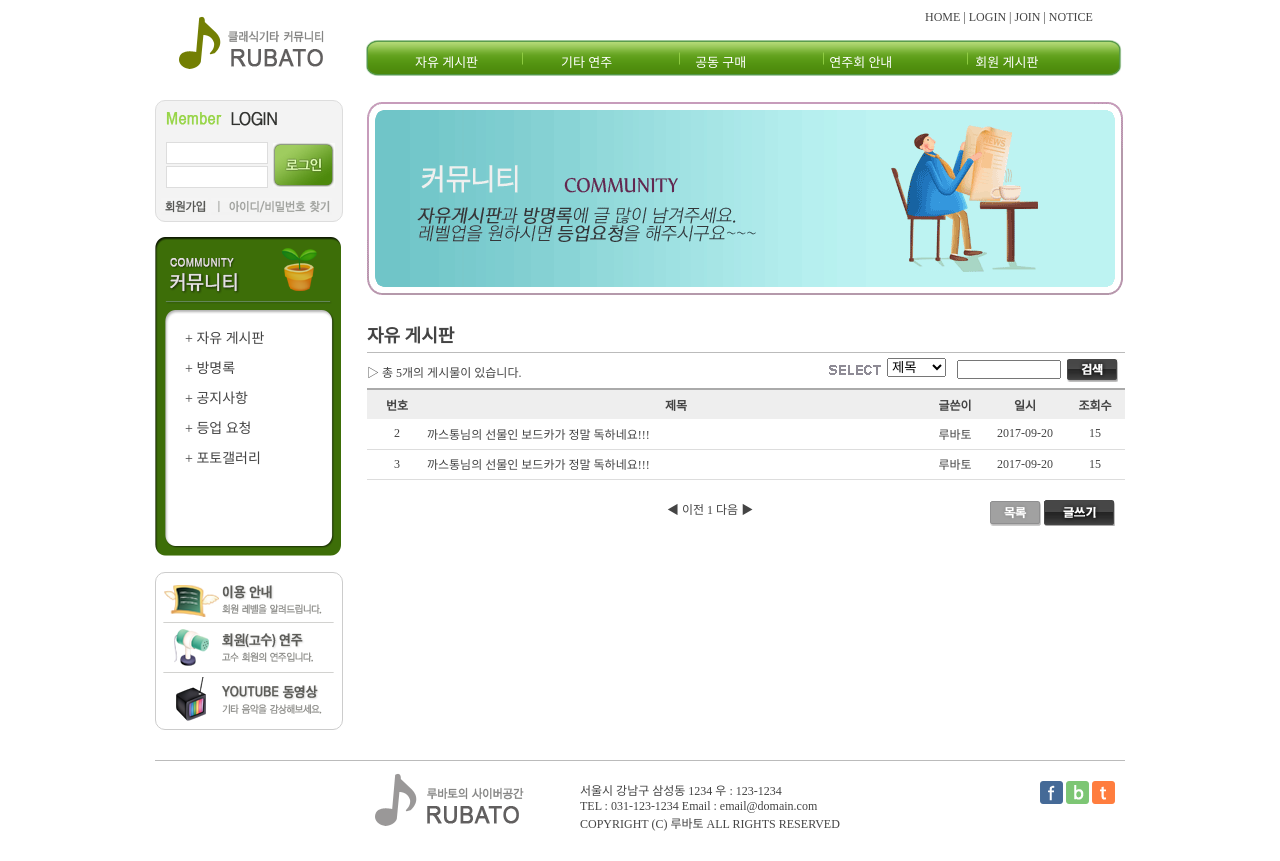
Repository: torojin/study-at-JA-academy
Page: http://localhost/rubato_mvc/WEB-INF/view/board_list.jsp
The author's editor kept a copy of each file at every save. The page is drawn from the files as they stood at one save, then again after the next save.
The browser window is 1280 px wide. The pictures show the whole page.
The page is served by Tomcat 9. Nobody is signed in. Other server files are loaded and not shown. The template is opened directly, without the code that normally fills it, so the values that code supplies are empty.

Above is the page before, as saved 2020-04-24 01:37:27.

### JSP_workspace/rubato_mvc/WebContent/WEB-INF/view/board_list.jsp
<%@ page language="java" contentType="text/html; charset=UTF-8"
    pageEncoding="UTF-8"%>
<%@ taglib prefix="c" uri="http://java.sun.com/jsp/jstl/core" %>
<!DOCTYPE html>
<html>
<head>
<meta charset="utf-8">
<title>클래식기타 커뮤니티</title>
  <link rel="stylesheet" type="text/css" href="css/common.css">
  <link rel="stylesheet" type="text/css" href="css/header.css">
  <link rel="stylesheet" type="text/css" href="css/footer.css">
  <link rel="stylesheet" type="text/css" href="css/board_left.css">
  <link rel="stylesheet" type="text/css" href="css/board_list_main.css">
</head>
<body>
<div id="wrap">
<header>
  <a href="index.do"><img id="logo" src="img/logo.png"></a>
<nav id="top_menu">
  HOME | LOGIN | JOIN | NOTICE
</nav>
<nav id="main_menu">
  <ul>
    <li><a href="board_list.do">자유 게시판</a></li>
    <li><a href="#">기타 연주</a></li>
    <li><a href="#">공동 구매</a></li>
    <li><a href="#">연주회 안내</a></li>
    <li><a href="#">회원 게시판</a></li>
  </ul>
</nav>
</header> <!-- header -->
<aside>
<%-- 로그인 --%>
  <c:choose>
	<c:when test="${!empty sessionUserInfo }">
	<article id="login_box">
	    <img id="login_title" src="img/ttl_login.png">
	    <div id="input_button">
	    ${sessionUserInfo.m_nick }님 환영합니다.
	    </div>
	    <div class="clear"></div>
	    <div id="join_search">
			<a href="./logout_process.do">로그아웃</a>
	    </div>
  	</article>
	</c:when>
	<c:otherwise>
	<form action="./login_process.do" method="post">
	  <article id="login_box">
	    <img id="login_title" src="img/ttl_login.png">
	    <div id="input_button">
	    <ul id="login_input">
	      <li><input type="text" name="login_id"></li>
	      <li><input type="password" name="login_pw"></li>
	    </ul>
	    <input id="login_btn" type="image" src="img/btn_login.gif">
	    <!-- <img id="login_btn" src="img/btn_login.gif"> -->
	    </div>
	    <div class="clear"></div>
	    <div id="join_search">
	      <img src="img/btn_join.gif">
	      <img src="img/btn_search.gif">
	    </div>
	  </article>
	</form>
	</c:otherwise>
  </c:choose>
  <nav id="sub_menu">
    <ul>
      <li><a href="board_list.do">+ 자유 게시판</a></li>
      <li><a href="#">+ 방명록</a></li>
      <li><a href="#">+ 공지사항</a></li>
      <li><a href="#">+ 등업 요청</a></li>
      <li><a href="#">+ 포토갤러리</a></li>
    </ul>
  </nav>
  <article id="sub_banner">
    <ul>
      <li><img src="img/banner1.png"></li>
      <li><img src="img/banner2.png"></li>
      <li><img src="img/banner3.png"></li>
    </ul>
  </article>
</aside>
  <section id="main">
    <img src="img/comm.gif">
    <h2 id="board_title">자유 게시판 </h2>
    <div id="total_search">
      <div id="total">▷ 총 5개의 게시물이 있습니다.</div>
      <div id="search">
        <div id="select_img"><img src="img/select_search.gif"></div>
        <div id="search_select">
          <select>
            <option>제목</option>
            <option>내용</option>
            <option>글쓴이</option>
          </select>
        </div>
        <div id="search_input"><input type="text"></div>
        <div id="search_btn"><img src="img/search_button.gif"></div>
      </div>
    </div>
    <table>
      <tr>
        <th>번호</th>
        <th>제목</th>
        <th>글쓴이</th>
        <th>일시</th>
        <th>조회수</th>
      </tr>
      <%-- 배열은 즉 반복문이다, 배열을 출력하기 위해 반복문을 사용 / 배열은 반복문을 사용하지 않으면 의미가 없다 --%>
      <c:forEach items="${contentList}" var="data">
      <tr>
        <td class="col1">${data.boardVo.b_no }</td>
        <td class="col2">
          <a href="board_view.do">${data.boardVo.b_content }</a>
        </td>
        <td class="col3">${data.memberVo.m_nick }</td>
        <td class="col4">${data.boardVo.b_writedate }</td>
        <td class="col5">15</td>
      </c:forEach>
      </tr>

      <tr>
        <td class="col1">2</td>
        <td class="col2">
          <a href="board_view.html">까스통님의 선물인 보드카가 정말 독하네요!!!</a>
        </td>
        <td class="col3">루바토</td>
        <td class="col4">2017-09-20</td>
        <td class="col5">15</td>
      </tr>
      <tr>
        <td class="col1">3</td>
        <td class="col2">
          <a href="board_view.html">까스통님의 선물인 보드카가 정말 독하네요!!!</a>
        </td>
        <td class="col3">루바토</td>
        <td class="col4">2017-09-20</td>
        <td class="col5">15</td>
      </tr>
    </table>
    <div id="buttons">
      <div class="col1">◀ 이전 1 다음 ▶</div>
      <div class="col2">
        <img src="img/list.png">
        <a href="board_write.html"><img src="img/write.png"></a>
      </div>
    </div>
  </section> <!-- section main -->
  <div class="clear"></div>

  <footer>
    <img id="footer_logo" src="img/footer_logo.gif">
    <ul id="address">
      <li>서울시 강남구 삼성동 1234 우 : 123-1234</li>
      <li>TEL : 031-123-1234  Email : email@domain.com</li>
      <li>COPYRIGHT (C) 루바토 ALL RIGHTS RESERVED</li>
    </ul>
    <ul id="footer_sns">
      <li><img src="img/facebook.gif"></li>
      <li><img src="img/blog.gif"></li>
      <li><img src="img/twitter.gif"></li>
    </ul>
  </footer> <!-- footer -->
</div> <!-- wrap -->
</body>
</html>

### JSP_workspace/rubato_mvc/WebContent/css/common.css
* {
    margin:0;
    padding:0;
}
body {
    font-family:"맑은 고딕", "돋움";
    font-size:12px;
    color:#444444;
}
ul {
    list-style-type:none;
}
.clear {
    clear:both;
}
#wrap {
    width:970px;
    margin:0 auto;
}

### JSP_workspace/rubato_mvc/WebContent/css/header.css
/* 상단 헤더 */
header {
    height:100px;
    position:relative;
}
header #logo {
    position:absolute;
    top:10px;
    left:20px;
}
header #top_menu {
    position:absolute;
    top:10px;
    left:770px;
}
header #main_menu {
    width:757px;
    height:38px;
    background-image:url("../img/main_menu_bg.png");
    background-repeat:no-repeat;
    position:absolute;
    top:40px;
    left:210px;
}
header #main_menu li {
    display:inline-block;
    margin:12px 30px 0 50px;
    font-size:13px;
}
header #main_menu a:link {
    text-decoration:none;
    color:#ffffff;
}
header #main_menu a:hover {
    text-decoration:none;
    color:#ffffff;
}
header #main_menu a:visited {
    text-decoration:none;
    color:#ffffff;
}
header #main_menu a:active {
    text-decoration:none;
    color:#ffffff;
}

### JSP_workspace/rubato_mvc/WebContent/css/footer.css
/* 하단 푸터 */
footer {
    height:100px;
    margin-top:30px;
    border-top:solid 1px #bbbbbb;
}
footer #footer_logo {
    float:left;
    margin:5px 0 0 210px;
}
footer #address {
    float:left;
    margin:20px 0 0 50px;
}
footer #footer_sns {
    float:right;
    margin:20px 10px 0 0;
}
footer #footer_sns li {
    display:inline;
}

### JSP_workspace/rubato_mvc/WebContent/css/board_left.css
/* 게시판 페이지의 좌측 */
aside {
    width:190px;
    float:left;
}
/* 로그인 */
aside #login_box {
    width:186px;
    height:120px;
    border:solid 1px #dddddd;
    border-radius:10px;
    background-color:#f3f3f3;
}
aside #login_title {
    margin:10px 0 0 10px;
}
aside #input_button {
    margin:10px 0 0 10px;
}
aside #login_input {
    float:left;
}
aside #login_btn {
    float:left;
    margin:3px 0 0 5px;
}
aside #login_input input {
    width:100px;
    height:20px;
    border:solid 1px #dddddd;
}
aside #login_input li {
    margin-top:2px;
}
aside #join_search {
    margin:10px 0 0 5px;
}
aside img#attend {
    margin-top:15px;
}
/* 서브 메뉴 */
aside #sub_menu {
    width:186px;
    height:320px;
    margin-top:15px;
    background-image:url("../img/sub_menu_bg.png");
    background-repeat:no-repeat;
    /* border:solid 1px #ff0000; */
}
aside #sub_menu ul {
    padding:80px 0 0 30px;
}
aside #sub_menu li {
    margin:10px 0 0 0;
}
aside #sub_menu a:link {
    text-decoration:none;
    font-size:14px;
    color:#444444;
}
aside #sub_menu a:hover {
    text-decoration:none;
    font-size:14px;
    color:#0000ff;
    font-weight:bold;
}
aside #sub_menu a:visited {
    text-decoration:none;
    font-size:14px;
    color:#444444;
}
aside #sub_menu a:active {
    text-decoration:none;
    font-size:14px;
    color:#444444;
}
/* 배너 */
aside #sub_banner {
    width:186px;
    height:156px;
    margin:15px 0 0 0;
    border:solid 1px #cccccc;
    border-radius:10px;
}
aside #sub_banner ul {
    padding:6px 0 0 4px;
}
aside #sub_banner ul img {
    display:block;
}

### JSP_workspace/rubato_mvc/WebContent/css/board_list_main.css
/* 우측 메인 콘텐츠 */
section#main {
    width:758px;
    float:right;
    /* border:solid 1px #ff0000; */
}
section#main h2#board_title {
    margin-top:20px;
    padding:0 0 5px 0;
    border-bottom:solid 1px #bbbbbb;
}
section#main #total_search {
    height:35px;
    position:relative;
    /* border:solid 1px #ff0000; */
}
section#main #total {
    position:absolute;
    top:10px;
}
section#main #search {
    position:absolute;
    left:460px;
}
section#main #search #select_img {
    position:absolute;
    top: 9px;
}
section#main #search #search_select {
    position:absolute;
    top: 5px;
    left: 60px;
}
section#main #search #search_input {
    position:absolute;
    top:7px;
    left:130px;
}
section#main #search #search_input input {
    width:100px;
}
section#main #search #search_btn {
    position:absolute;
    top:6px;
    left:240px;
}
section#main table {
    border-collapse:collapse;
    margin:0 auto;
    width:100%;
}
section#main tr {
    height:30px;
}
section#main th {
    border-top:solid 2px #aaaaaa;
    background-color:#eeeeee;
}
section#main td {
    border-bottom:solid 1px #dddddd;
}
section#main td.col1 {
    width:60px;
    text-align:center;
}
section#main td.col2 {
}
section#main td.col3 {
    width:60px;
    text-align:center;
}
section#main td.col4 {
    width:80px;
    text-align:center;
}
section#main td.col5 {
    width:60px;
    text-align:center;
}
section#main td a:link {
    text-decoration:none;
    color:#444444;
}
section#main td a:hover {
    text-decoration:none;
    color:#444444;
}
section#main td a:visited {
    text-decoration:none;
    color:#444444;
}
section#main td a:active {
    text-decoration:none;
    color:#444444;
}
section #buttons {
    margin-top:20px;
}
section #buttons .col1 {
    float:left;
    margin-left:300px;
}
section #buttons .col2 {
    float:right;
    margin-right:10px;
}

After the next save:
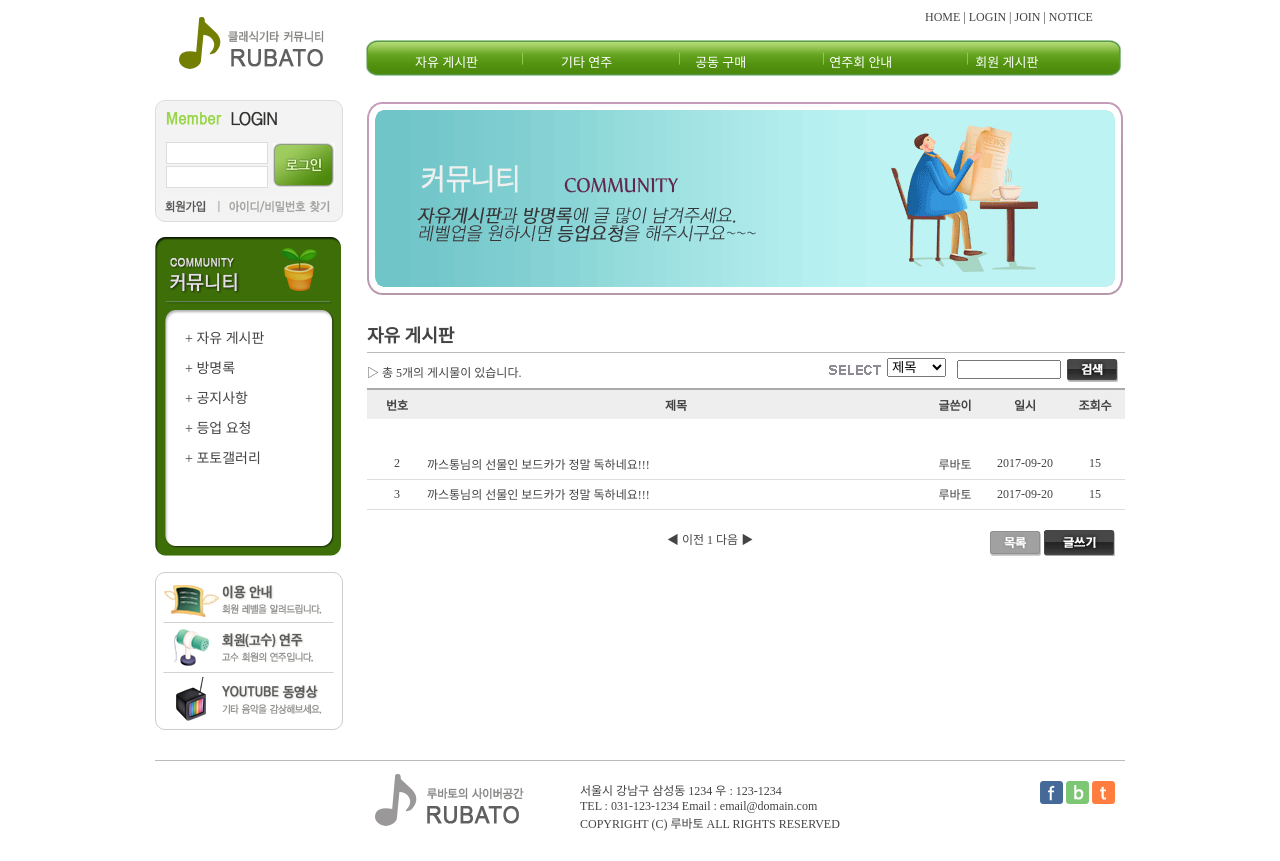
Saved 9 s later.
--- a/JSP_workspace/rubato_mvc/WebContent/WEB-INF/view/board_list.jsp
+++ b/JSP_workspace/rubato_mvc/WebContent/WEB-INF/view/board_list.jsp
@@ -109,8 +109,8 @@
         <th>조회수</th>
       </tr>
       <%-- 배열은 즉 반복문이다, 배열을 출력하기 위해 반복문을 사용 / 배열은 반복문을 사용하지 않으면 의미가 없다 --%>
+      <tr>
       <c:forEach items="${contentList}" var="data">
-      <tr>
         <td class="col1">${data.boardVo.b_no }</td>
         <td class="col2">
           <a href="board_view.do">${data.boardVo.b_content }</a>

After the 2 saves that followed:
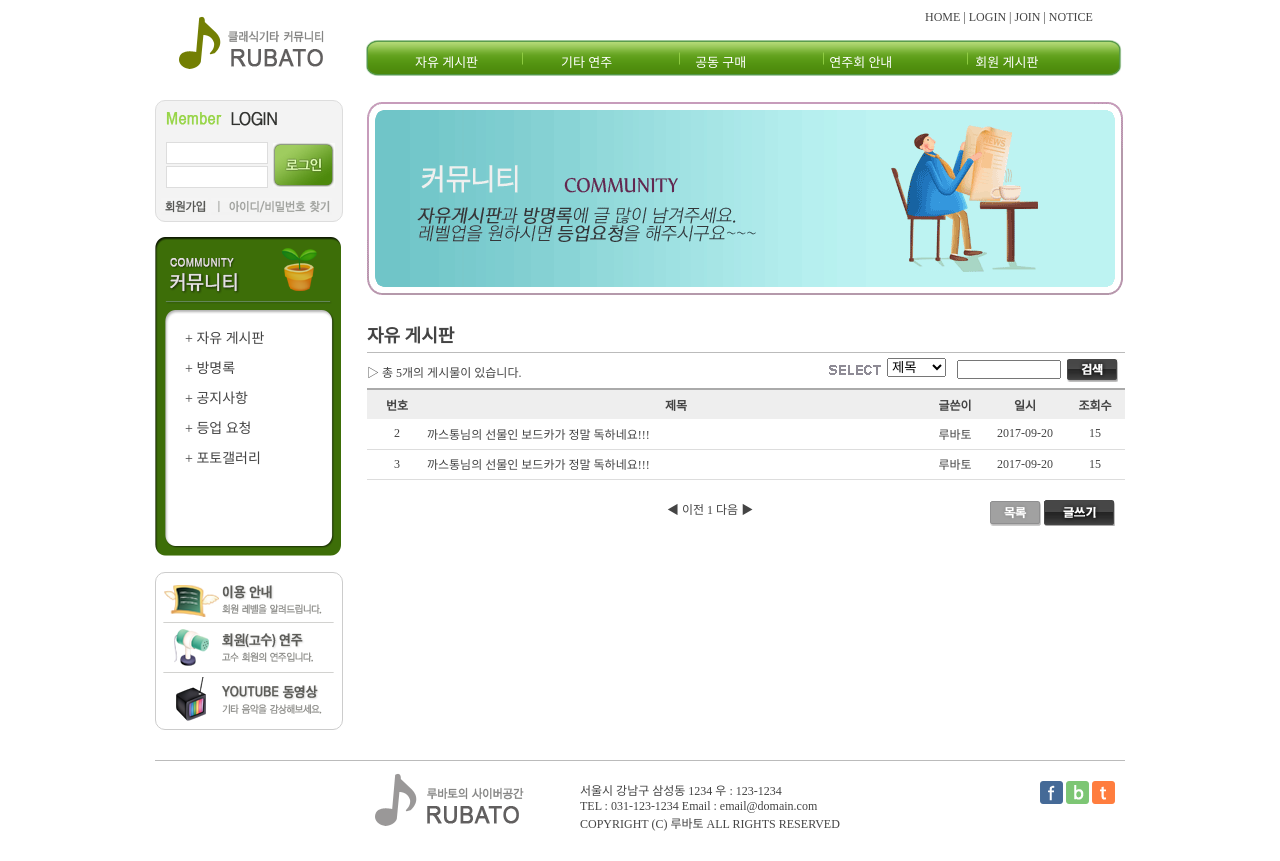
The 2 saves are shown as one change because 1 left the picture as it was.
The last was saved 42 s later.
--- a/JSP_workspace/rubato_mvc/WebContent/WEB-INF/view/board_list.jsp
+++ b/JSP_workspace/rubato_mvc/WebContent/WEB-INF/view/board_list.jsp
@@ -109,8 +109,9 @@
         <th>조회수</th>
       </tr>
       <%-- 배열은 즉 반복문이다, 배열을 출력하기 위해 반복문을 사용 / 배열은 반복문을 사용하지 않으면 의미가 없다 --%>
+
+      <c:forEach items="${contentList}" var="data">
       <tr>
-      <c:forEach items="${contentList}" var="data">
         <td class="col1">${data.boardVo.b_no }</td>
         <td class="col2">
           <a href="board_view.do">${data.boardVo.b_content }</a>
@@ -118,8 +119,8 @@
         <td class="col3">${data.memberVo.m_nick }</td>
         <td class="col4">${data.boardVo.b_writedate }</td>
         <td class="col5">15</td>
+      </tr>
       </c:forEach>
-      </tr>
 
       <tr>
         <td class="col1">2</td>
